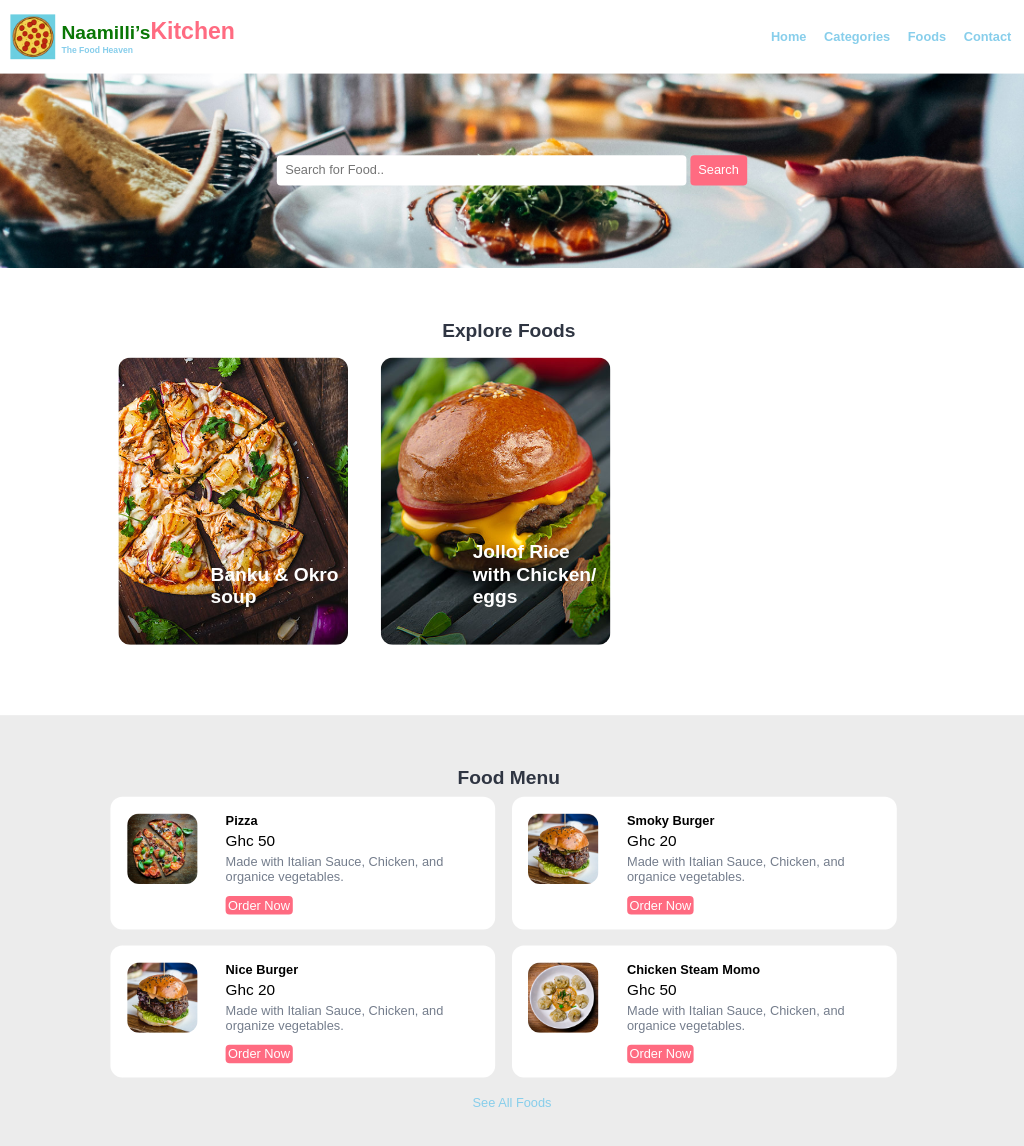
Repository: Saviour-Dagadu/Naamilli
Page: index.html
These files come from the project's save history. The page is drawn as it stood at one moment and after the next save; the edit follows.
The browser window is 1280 px wide. The pictures show the part of the page from y = 0 to 1432 px (the page is 2117 px tall), at 80% of full size.
A picture or video elsewhere on the page could not be fetched, so the positions and the page height are approximate.

Above is the page before, as saved 2024-12-03 21:29:41.

### index.html
<!DOCTYPE html>
<html lang="en">
<head>
    <meta charset="UTF-8">
    <!-- Important to make website responsive -->
    <meta name="viewport" content="width=device-width, initial-scale=1.0">
    <title>Restaurant Website</title>

    <!-- Link our CSS file -->
    <link rel="stylesheet" type="text/css" href="css/style.css">
</head>

<body>
    <!-- Navbar Section Starts Here -->
	<section class="navbar" style="display: flex; align-items: center; justify-content: space-between;">
        <div class="container" style="display: flex; width: 100%; justify-content: space-between; align-items: center;">
            <div class="logo" style="display: flex; align-items: center;">
                <a href="index.html" title="Logo" style="display: flex; align-items: center;">
                    <img src="images/giphy.gif" alt="" style="
                        width: 3.5rem; /* Adjust size to be similar to nav image */
                        height: 3.5rem; /* Adjust size to be similar to nav image */
                        margin-right: 0.5rem;">
                    <div>
                        <h2 style="margin: 0;">Naamilli’s<span>Kitchen</span></h2>
                        <h6 style="margin: 0;"><span>The Food Heaven</span></h6>
                    </div>
                </a>
            </div>

            <div class="menu text-right">
                <ul style="list-style: none; margin: 0; padding: 0; display: flex; justify-content: flex-end;">
                    <li style="margin-left: 1rem;">
                        <a href="index.html">Home</a>
                    </li>
                    <li style="margin-left: 1rem;">
                        <a href="categories.html">Categories</a>
                    </li>
                    <li style="margin-left: 1rem;">
                        <a href="foods.html">Foods</a>
                    </li>
                    <li style="margin-left: 1rem;">
                        <a href="contact.html">Contact</a>
                    </li>
                </ul>
            </div>
        </div>

        <div class="clearfix"></div>
    </section>

    <!-- Navbar Section Ends Here -->

    <!-- fOOD sEARCH Section Starts Here -->
    <section class="food-search text-center">
        <div class="container">

            <form action="underConstruction.html" method="POST">
                <input type="search" name="search" placeholder="Search for Food.." required>
                <input type="submit" name="submit" value="Search" class="btn btn-primary">
            </form>

        </div>
    </section>
    <!-- fOOD sEARCH Section Ends Here -->

    <!-- CAtegories Section Starts Here -->
    <section class="categories">
        <div class="container">
            <h2 class="text-center">Explore Foods</h2>

            <a href="category-foods.html">
            <div class="box-3 float-container">
                <img src="images/pizza.jpg" alt="Pizza" class="img-responsive img-curve">

                <h3 class="float-text text-white">Banku & Okro soup</h3>
            </div>
            </a>

            <a href="#">
            <div class="box-3 float-container">
                <img src="images/burger.jpg" alt="Burger" class="img-responsive img-curve">

                <h3 class="float-text text-white">Jollof Rice with Chicken/ eggs</h3>
            </div>
            </a>

            <!-- <a href="#">
            <div class="box-3 float-container">
                <img src="images/momo.jpg" alt="Momo" class="img-responsive img-curve">

                <h3 class="float-text text-white"></h3>
            </div>
            </a> -->

            <div class="clearfix"></div>
        </div>
    </section>
    <!-- Categories Section Ends Here -->

    <!-- fOOD MEnu Section Starts Here -->
    <section class="food-menu">
        <div class="container">
            <h2 class="text-center">Food Menu</h2>

            <div class="food-menu-box">
                <div class="food-menu-img">
                    <img src="images/menu-pizza.jpg" alt="Chicke Hawain Pizza" class="img-responsive img-curve">
                </div>

                <div class="food-menu-desc">
                    <h4>Pizza</h4>
                    <p class="food-price">Ghc 50</p>
                    <p class="food-detail">
                        Made with Italian Sauce, Chicken, and organice vegetables.
                    </p>
                    <br>

                    <a href="order.html" class="btn btn-primary">Order Now</a>
                </div>
            </div>

            <div class="food-menu-box">
                <div class="food-menu-img">
                    <img src="images/menu-burger.jpg" alt="Chicke Hawain Pizza" class="img-responsive img-curve">
                </div>

                <div class="food-menu-desc">
                    <h4>Smoky Burger</h4>
                    <p class="food-price">Ghc 20</p>
                    <p class="food-detail">
                        Made with Italian Sauce, Chicken, and organice vegetables.
                    </p>
                    <br>

                    <a href="#" class="btn btn-primary">Order Now</a>
                </div>
            </div>

            <div class="food-menu-box">
                <div class="food-menu-img">
                    <img src="images/menu-burger.jpg" alt="Chicke Hawain Burger" class="img-responsive img-curve">
                </div>

                <div class="food-menu-desc">
                    <h4>Nice Burger</h4>
                    <p class="food-price">Ghc 20</p>
                    <p class="food-detail">
                        Made with Italian Sauce, Chicken, and organize vegetables.
                    </p>
                    <br>

                    <a href="#" class="btn btn-primary">Order Now</a>
                </div>
            </div>



            <!-- <div class="food-menu-box">
                <div class="food-menu-img">
                    <img src="images/menu-pizza.jpg" alt="Chicke Hawain Pizza" class="img-responsive img-curve">
                </div>

                <div class="food-menu-desc">
                    <h4>Food Title</h4>
                    <p class="food-price">$2.3</p>
                    <p class="food-detail">
                        Made with Italian Sauce, Chicken, and organice vegetables.
                    </p>
                    <br>

                    <a href="#" class="btn btn-primary">Order Now</a>
                </div>
            </div> -->

            <div class="food-menu-box">
                <div class="food-menu-img">
                    <img src="images/menu-momo.jpg" alt="Chicke Hawain Momo" class="img-responsive img-curve">
                </div>

                <div class="food-menu-desc">
                    <h4>Chicken Steam Momo</h4>
                    <p class="food-price">Ghc 50</p>
                    <p class="food-detail">
                        Made with Italian Sauce, Chicken, and organice vegetables.
                    </p>
                    <br>

                    <a href="#" class="btn btn-primary">Order Now</a>
                </div>
            </div>


            <div class="clearfix"></div>



        </div>

        <p class="text-center">
            <a href="#">See All Foods</a>
        </p>
    </section>
    <!-- fOOD Menu Section Ends Here -->

    <!-- social Section Starts Here -->
<section class="social">
	<div class="container text-center">
		<ul>
			<li>
				<a href="https://www.facebook.com/saviou/"><img src="https://img.icons8.com/fluent/50/000000/facebook-new.png"/></a>
			</li>
			<li>
				<a href="https://www.instagram.com/saviour_dagadu/"><img src="https://img.icons8.com/fluent/48/000000/instagram-new.png"/></a>
			</li>
			<li>
				<a href="https://twitter.com/savicode"><img src="https://img.icons8.com/fluent/48/000000/twitter.png"/></a>
			</li>
		</ul>
	</div>
</section>
<!-- social Section Ends Here -->

<!-- footer Section Starts Here -->
<section class="footer">
	<div class="container text-center">
		<p>All rights reserved. Designed By <a href="https://saviourdagadu.netlify.app/">Saviour Dagadu</a></p>
	</div>
</section>
<!-- footer Section Ends Here -->

</body>
</html>

### css/style.css
/*
    Author: Vijay Thapa;
    Theme: Restaurant Food Order;
    version: 1.0;
*/

/* CSS for All */
*{
    margin: 0 0;
    padding: 0 0;
    font-family: Arial, Helvetica, sans-serif;
}
.container{
    width: 80%;
    margin: 0 auto;
    padding: 1%;
}
.img-responsive{
    width: 100%;
}
.img-curve{
    border-radius: 15px;
}

.text-right{
    text-align: right;
}
.text-center{
    text-align: center;
}
.text-left{
    text-align: left;
}
.text-white{
    color: white;
}

.clearfix{
    clear: both;
    float: none;
}

a{
    color: skyblue;
    text-decoration: none;
}
a:hover{
    color: #ff6b81;
}

.btn{
    padding: 1%;
    border: none;
    font-size: 1rem;
    border-radius: 5px;
}
.btn-primary{
    background-color: #ff6b81;
    color: white;
    cursor: pointer;
}
.btn-primary:hover{
    color: white;
    background-color: #ff4757;
}
h2{
    color: #2f3542;
    font-size: 2rem;
    margin-bottom: 2%;
}
h3{
    font-size: 1.5rem;
}
.float-container{
    position: relative;
}
.float-text{
    position: absolute;
    bottom: 50px;
    left: 40%;
}
fieldset{
    border: 1px solid white;
    margin: 5%;
    padding: 3%;
    border-radius: 5px;
}


/* CSSS for navbar section */

.logo{
    width: 10%;
    float: left;
}
.logo h2{
    color: rgb(10, 119, 5);
}
.logo h2:hover{
    color: rgb(10, 119, 5);
    font-style: italic;
}
.logo h2 span{
    color: #ff6b81;
    font-size: larger;
    font-weight:bolder;
}
.logo h2 span:hover{
    color: #ff4757;
    font-size: larger;
    font-weight:bolder;
}
.menu{
    line-height: 60px;
}
.menu ul{
    list-style-type: none;
}

.menu ul li{
    display: inline;
    padding: 1%;
    font-weight: bold;
}


/* CSS for Food SEarch Section */

.food-search{
    background-image: url(../images/jay-wennington-N_Y88TWmGwA-unsplash.jpg);
    background-size: cover;
    background-repeat: no-repeat;
    background-position: center;
    padding: 7% 0;
}

.food-search input[type="search"]{
    width: 50%;
    padding: 1%;
    font-size: 1rem;
    border: none;
    border-radius: 5px;
}


/* CSS for Categories */
.categories{
    padding: 4% 0;
}

.box-3{
    width: 28%;
    float: left;
    margin: 2%;
}


/* CSS for Food Menu */
.food-menu{
    background-color: #ececec;
    padding: 4% 0;
}
.food-menu-box{
    width: 43%;
    margin: 1%;
    padding: 2%;
    float: left;
    background-color: white;
    border-radius: 15px;
}

.food-menu-img{
    width: 20%;
    float: left;
}

.food-menu-desc{
    width: 70%;
    float: left;
    margin-left: 8%;
}

.food-price{
    font-size: 1.2rem;
    margin: 2% 0;
}
.food-detail{
    font-size: 1rem;
    color: #747d8c;
}


/* CSS for Social */
.social ul{
    list-style-type: none;
}
.social ul li{
    display: inline;
    padding: 1%;
}

/* for Order Section */
.order{
    width: 50%;
    margin: 0 auto;
}
.input-responsive{
    width: 96%;
    padding: 1%;
    margin-bottom: 3%;
    border: none;
    border-radius: 5px;
    font-size: 1rem;
}
.order-label{
    margin-bottom: 1%;
    font-weight: bold;
}

/* Contact Section*/

#info{
    padding: 30px 0;
}

#info .container{
     display: flex;
}

#info .info{
    width: 28%;
    height: 300px;
    border-radius: 10px;
    overflow: hidden;

}

#info .info-text{
    border: 1px solid lightgray;
    padding: 10px;
}

#info .info-text h4{
    margin: 5px;
}

#info .info-text .info-text-call{
    margin-bottom: 20px;
}

#info .info-image{
margin-right: 10px;
overflow: hidden;
box-shadow: 0 0 5px #333;
transform: scale (1.04);
transition: all .4s ease-in-out;
}

#info .info-image:hover{
transform: translateY(-15px) scale(1.1);
box-shadow: 0 0 10px #333;
}
#info .info-image img{
max-width: 100%;
height: auto
}

#info .info-image:hover .info-image img{
opacity: 1;
}

       /* message Section */
#message{
    padding: 30px 0;
    background-color: lightgray;
}

#message .message-top{
    text-align: center;
    margin-bottom: 20px;
}

#message .message-top h3{
    text-transform: uppercase;
    margin: 0;
}

#message .message-top h3::after{
    content: "";
    display: block;
    width: 50px;
    height: 3px;
    background-color: gray;
    margin: 10px auto 0;
}

#message .message-bottom{
    color: black;
}

#message .message-bottom label{
    display: block;
    font-size: 17px;
    font-weight: 500;
    margin-bottom: 5px;
}

#message .message-bottom .form-group{
    margin-bottom: 10px;
}

#message .message-bottom .input{
    display: block;
    height: 40px;
    border-radius: 5px;
    border: 1px solid brown;
    padding-left: 10px;
    padding-right: 10px;
    width: 100%;
    font-size: 15px;
    font-family: 'Segoe UI', Tahoma, Geneva, Verdana, Sans-serif;
}

#message .message-bottom input,
#message .message-bottom textarea,
#message .message-bottom button{
    outline: none;
}

#message  textarea{
    width: 100%;
    height: 200px;
    border-radius: 5px;
    border: 1px solid brown;
    background-color: white;
    padding: 5px 10px;
    font: 15px 'Segoe UI', Tahoma, Geneva, Verdana, Sans-serif;
}

.navbar-brand {
    display: flex;
    align-items: center; /* Align items horizontally in the center */
    text-decoration: none; /* Removes default underline from the link */
    color: #333; /* Adjust text color as needed */
    /* background-image: url('../images/apple.gif'); Replace with the path to your image */
    background-size: cover;                          /* Ensures the image covers the entire div */
    background-position: center;                     /* Centers the image within the div */
    background-repeat: no-repeat;
}
.navbar-brand h2 {
    margin: 0;               /* Removes default margin */
    font-size: 2.5rem;
}

.navbar-brand h2 span{
    color: skyblue;
}

.navbar-brand i {
    display: block;          /* Ensures the i element is on a new line */
    margin: 0;               /* Removes default margin */
    font-size: 0.8rem;       /* Makes the text smaller */
    color: black;
}

.logo-img {
    width: 3.5rem; /* Adjust size as needed */
    height: 3.5rem; /* Adjust size as needed */
    margin-right: 0.5rem; /* Space between image and text */
}

.text-content {
    display: flex;
    flex-direction: column; /* Stack text elements vertically */
    justify-content: center; /* Center text vertically within container */
}

h2 {
    margin: 0; /* Remove default margin */
    font-size: 1.5rem; /* Adjust font size as needed */
    font-weight: bold;
    margin-right: 0.5rem; /* Space between h2 and h6 */
}



/* #message .message-bottom .btn{
    padding: 10px 20px;
    background-color: brown;
    text-transform: uppercase;
    font: 15px 'Segoe UI', Tahoma, Geneva, Verdana, Sans-serif;
    border: none;
    border-radius: 5px;
    font-weight: 500;
    color: #fff;
    cursor: pointer;
} */


/* CSS for Mobile Size or Smaller Screen */

@media only screen and (max-width:768px){
    .logo{
        width: 80%;
        float: none;
        margin: 1% auto;
    }

    .menu ul{
        text-align: center;
    }

    .food-search input[type="search"]{
        width: 90%;
        padding: 2%;
        margin-bottom: 3%;
    }

    .btn{
        width: 91%;
        padding: 2%;
    }

    .food-search{
        padding: 10% 0;
    }

    .categories{
        padding: 20% 0;
    }
    h2{
        margin-bottom: 10%;
    }
    .box-3{
        width: 100%;
        margin: 4% auto;
    }

    .food-menu{
        padding: 20% 0;
    }

    .food-menu-box{
        width: 90%;
        padding: 5%;
        margin-bottom: 5%;
    }
    .social{
        padding: 5% 0;
    }
    .order{
        width: 100%;
    }
}

After the next save:
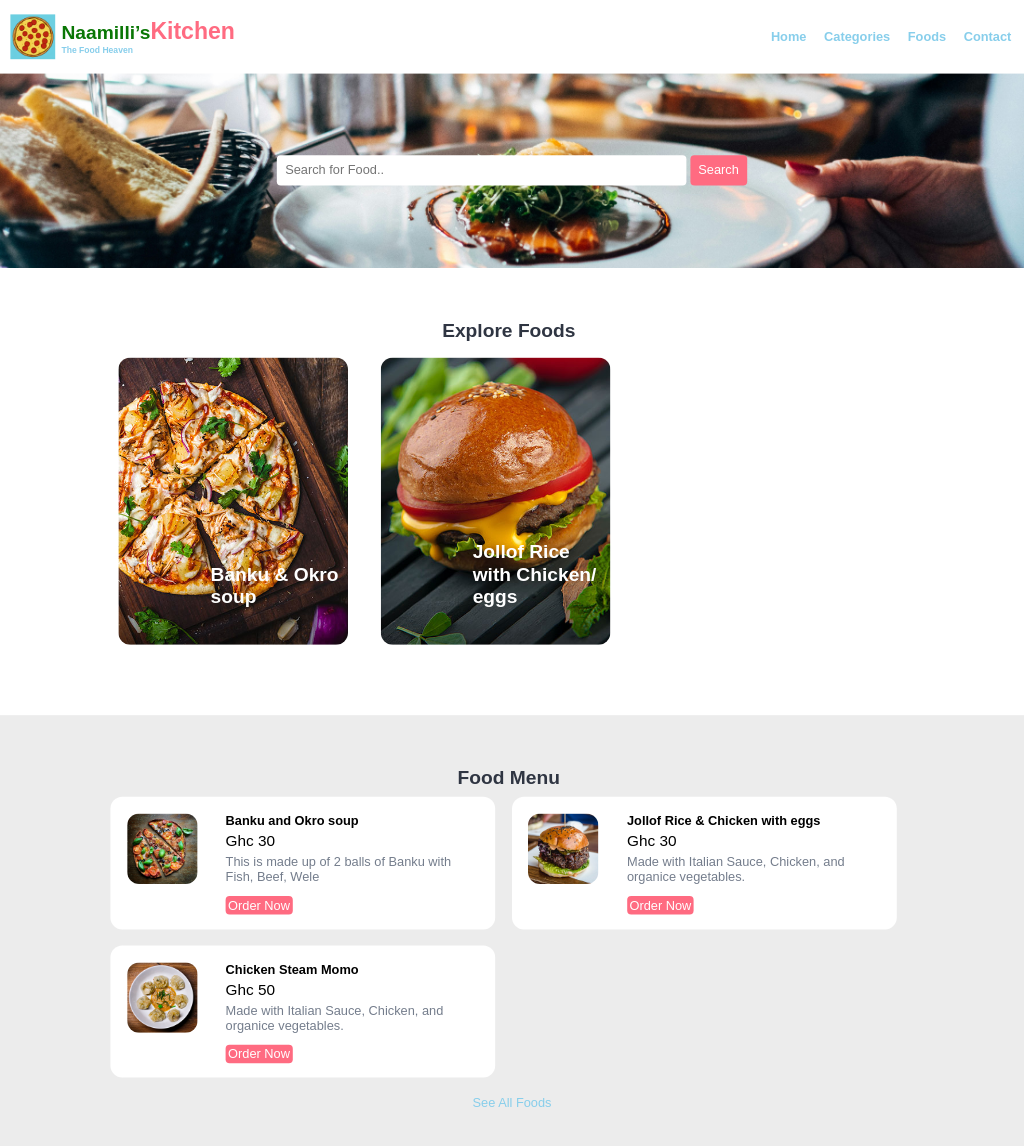
Saved 4 min 55 s later.
--- a/index.html
+++ b/index.html
@@ -108,35 +108,35 @@
                 </div>
 
                 <div class="food-menu-desc">
-                    <h4>Pizza</h4>
-                    <p class="food-price">Ghc 50</p>
+                    <h4>Banku and Okro soup</h4>
+                    <p class="food-price">Ghc 30</p>
+                    <p class="food-detail">
+                        This is made up of 2 balls of Banku with Fish, Beef, Wele
+                    </p>
+                    <br>
+
+                    <a href="order.html" class="btn btn-primary">Order Now</a>
+                </div>
+            </div>
+
+            <div class="food-menu-box">
+                <div class="food-menu-img">
+                    <img src="images/menu-burger.jpg" alt="Chicke Hawain Pizza" class="img-responsive img-curve">
+                </div>
+
+                <div class="food-menu-desc">
+                    <h4>Jollof Rice & Chicken with eggs</h4>
+                    <p class="food-price">Ghc 30</p>
                     <p class="food-detail">
                         Made with Italian Sauce, Chicken, and organice vegetables.
                     </p>
                     <br>
 
-                    <a href="order.html" class="btn btn-primary">Order Now</a>
-                </div>
-            </div>
-
-            <div class="food-menu-box">
-                <div class="food-menu-img">
-                    <img src="images/menu-burger.jpg" alt="Chicke Hawain Pizza" class="img-responsive img-curve">
-                </div>
-
-                <div class="food-menu-desc">
-                    <h4>Smoky Burger</h4>
-                    <p class="food-price">Ghc 20</p>
-                    <p class="food-detail">
-                        Made with Italian Sauce, Chicken, and organice vegetables.
-                    </p>
-                    <br>
-
-                    <a href="#" class="btn btn-primary">Order Now</a>
-                </div>
-            </div>
-
-            <div class="food-menu-box">
+                    <a href="#" class="btn btn-primary">Order Now</a>
+                </div>
+            </div>
+
+            <!-- <div class="food-menu-box">
                 <div class="food-menu-img">
                     <img src="images/menu-burger.jpg" alt="Chicke Hawain Burger" class="img-responsive img-curve">
                 </div>
@@ -151,7 +151,7 @@
 
                     <a href="#" class="btn btn-primary">Order Now</a>
                 </div>
-            </div>
+            </div> -->
 
 
 
